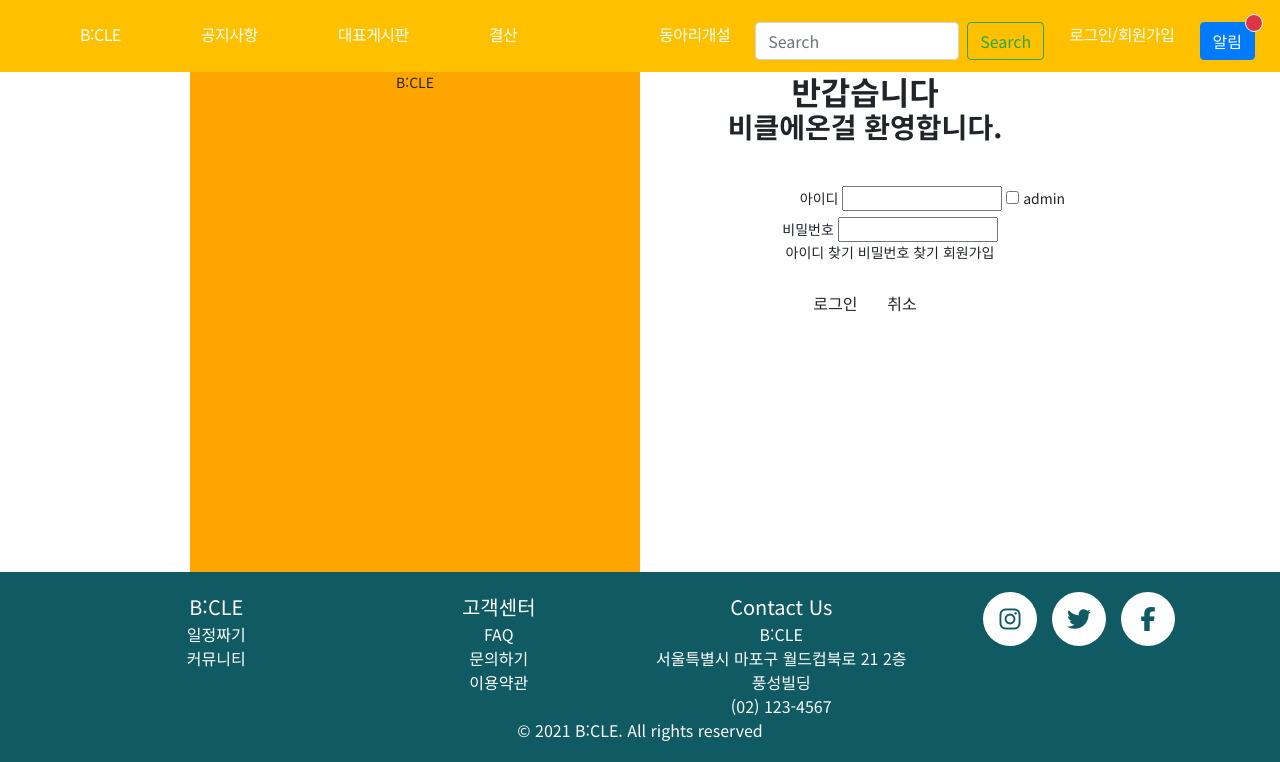
Repository: hyodii/SpringProject_Bcle
Page: http://localhost/Bcle/WEB-INF/view/LoginPage.jsp
These files come from the project's save history. The page is drawn as it stood at one moment and after the next save; the edit follows.
The browser window is 1280 px wide. The pictures show the whole page.
Some web fonts or font styles are not loaded; a fallback is used. Some web libraries are served in a nearby version. The page is served by Tomcat 9. Nobody is signed in. The template is opened directly, without the code that normally fills it, so the values that code supplies are empty.

Above is the page before, as saved 2021-12-17 07:39:49.

After the next save:
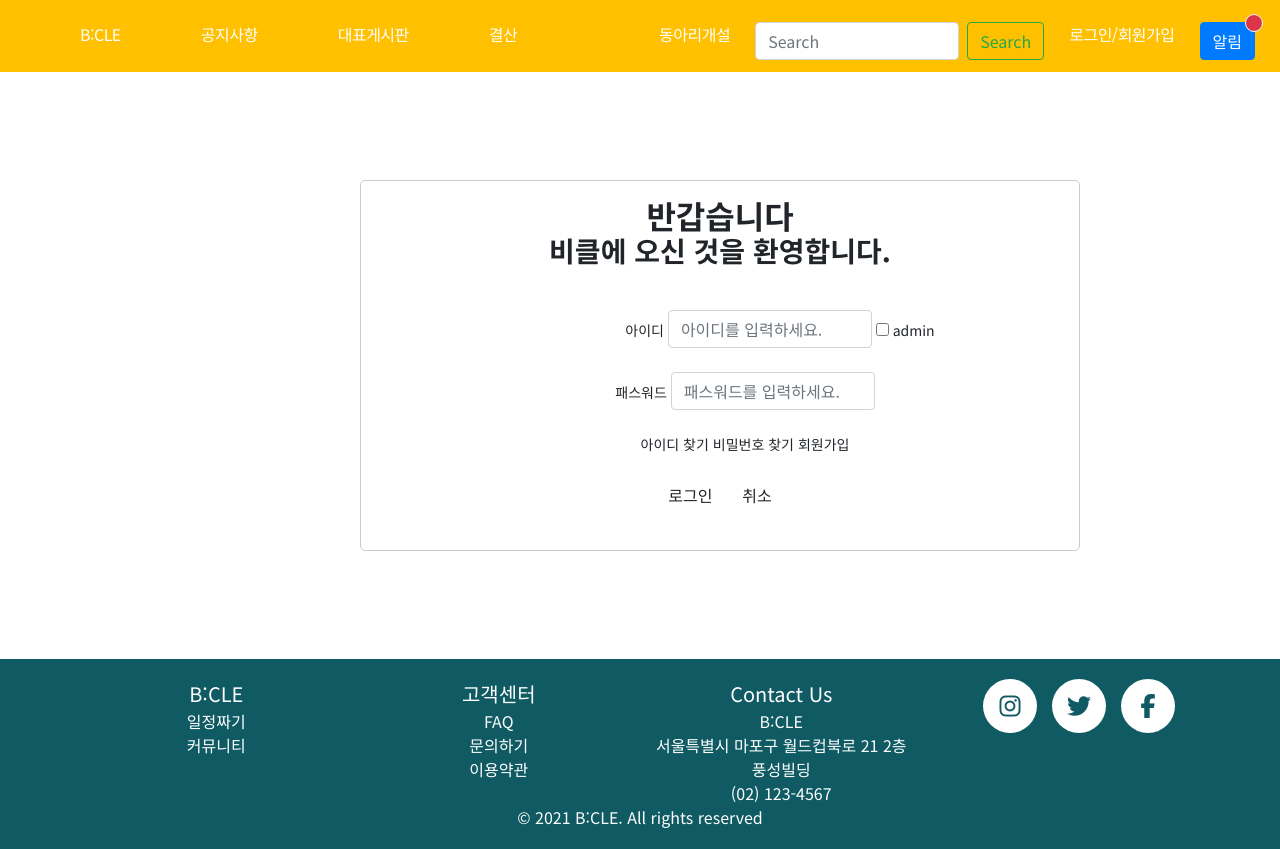
Not found: Bcle/Bcle/WEB-INF/view/css/bootstrap.css
Not found: Bcle/Bcle/WEB-INF/view/js/bootstrap.min.js
Saved 3 h 24 min later.
--- a/Bcle/WebContent/WEB-INF/view/LoginPage.jsp
+++ b/Bcle/WebContent/WEB-INF/view/LoginPage.jsp
@@ -9,6 +9,11 @@
 <head>
 <meta charset="UTF-8">
 <title>LoginPage.jsp</title>
+
+<link rel="stylesheet" href="css/bootstrap.css" />
+<script type="text/javascript" src="http://code.jquery.com/jquery.min.js"></script>
+<script type="text/javascript" src="js/bootstrap.min.js"></script>
+
 <style type="text/css">
 
 .bg
@@ -52,6 +57,21 @@
 	text-align: center;
 }
 
+
+#login
+{
+	border: 1px solid #ccc;
+	border-radius: 5px;
+	width: 100vh;
+	padding: 15px;
+	margin: 15vh 50vh;
+}
+
+
+
+
+
+
 </style>
 <script type="text/javascript" src="http://code.jquery.com/jquery.min.js"></script>
 <script type="text/javascript">
@@ -84,30 +104,37 @@
 		<c:import url="nav.jsp"></c:import>
 	</div>
 
-	<div class="t-box">
-		<div class="right">
-			B:CLE
-		</div>
-
+	<div class="t-box" id="login">
 		<div class="left">
 			<div>
 				<div><h2>반갑습니다</h2></div>
-				<div><h3>비클에온걸 환영합니다.</h3></div>
+				<div><h3>비클에 오신 것을  환영합니다.</h3></div>
 				<br><br>
 			</div>
 
 			<div class="rightform">
 				<form action="login.action" method="post" id="loginForm">
-					<div style="margin-left: 135px;">
-					아이디 <input type="text" id="userId" name="userId"/>
-					<input type="checkbox" id="admin" name="admin" value="0" />
-					<label for="admin">admin</label><br>
-					</div>
-					<div style="margin-left: 50px;">
-					비밀번호 <input type="password" id="pwd" name="pwd"/><br>
+					<div class="form-group" style="margin-left: 120px;">
+						아이디
+						<label for="txtId">
+							<input type="text" id="txtId" placeholder="아이디를 입력하세요."
+							required="required" class="form-control"/>
+						</label>
+
+						<input type="checkbox" id="admin" name="admin" value="0" />
+						<label for="admin">admin</label><br>
 					</div>
 
-					<div style="margin-left: 50px;">
+					<div class="form-group" style="margin-left: 50px;">
+						패스워드
+						<label for="txtPw">
+							<input type="password" id="txtPw" placeholder="패스워드를 입력하세요."
+							required="required" class="form-control"/>
+						</label>
+
+					</div>
+
+					<div style="margin-left: 50px;" >
 					<a href="">아이디 찾기</a>
 					<a href="">비밀번호 찾기</a>
 					<a href="">회원가입</a>
@@ -115,8 +142,8 @@
 					<br>
 
 					<div>
-						<input type="button" value="로그인" id="submitBtn" class="btn"/>
-						<input type="reset" value="취소" id="resetBtn" class="btn"/>
+						<input type="button" value="로그인" class="btn btn-default" id="submitBtn" />
+						<input type="reset" value="취소" id="resetBtn" class="btn btn-default"/>
 						<br><br>
 						<span id="err" style="color: red;display: none;"></span>
 					</div>
@@ -126,6 +153,9 @@
 		</div>
 	</div>
 
+
+
+
 	<div>
 		<c:import url="footer.jsp"></c:import>
 	</div>

After the save that followed:
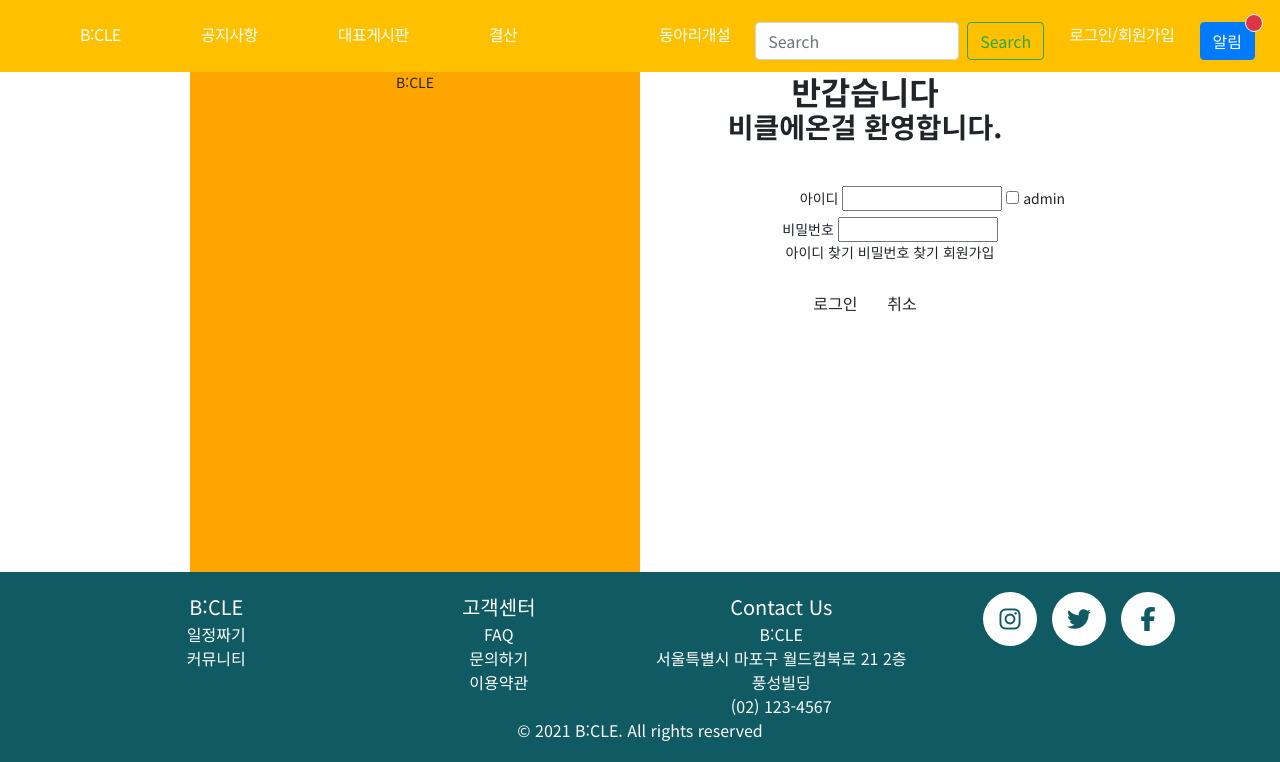
Saved 11 min 25 s later.
--- a/Bcle/WebContent/WEB-INF/view/LoginPage.jsp
+++ b/Bcle/WebContent/WEB-INF/view/LoginPage.jsp
@@ -9,11 +9,6 @@
 <head>
 <meta charset="UTF-8">
 <title>LoginPage.jsp</title>
-
-<link rel="stylesheet" href="css/bootstrap.css" />
-<script type="text/javascript" src="http://code.jquery.com/jquery.min.js"></script>
-<script type="text/javascript" src="js/bootstrap.min.js"></script>
-
 <style type="text/css">
 
 .bg
@@ -57,21 +52,6 @@
 	text-align: center;
 }
 
-
-#login
-{
-	border: 1px solid #ccc;
-	border-radius: 5px;
-	width: 100vh;
-	padding: 15px;
-	margin: 15vh 50vh;
-}
-
-
-
-
-
-
 </style>
 <script type="text/javascript" src="http://code.jquery.com/jquery.min.js"></script>
 <script type="text/javascript">
@@ -104,37 +84,30 @@
 		<c:import url="nav.jsp"></c:import>
 	</div>
 
-	<div class="t-box" id="login">
+	<div class="t-box">
+		<div class="right">
+			B:CLE
+		</div>
+
 		<div class="left">
 			<div>
 				<div><h2>반갑습니다</h2></div>
-				<div><h3>비클에 오신 것을  환영합니다.</h3></div>
+				<div><h3>비클에온걸 환영합니다.</h3></div>
 				<br><br>
 			</div>
 
 			<div class="rightform">
 				<form action="login.action" method="post" id="loginForm">
-					<div class="form-group" style="margin-left: 120px;">
-						아이디
-						<label for="txtId">
-							<input type="text" id="txtId" placeholder="아이디를 입력하세요."
-							required="required" class="form-control"/>
-						</label>
-
-						<input type="checkbox" id="admin" name="admin" value="0" />
-						<label for="admin">admin</label><br>
+					<div style="margin-left: 135px;">
+					아이디 <input type="text" id="userId" name="userId"/>
+					<input type="checkbox" id="admin" name="admin" value="0" />
+					<label for="admin">admin</label><br>
+					</div>
+					<div style="margin-left: 50px;">
+					비밀번호 <input type="password" id="pwd" name="pwd"/><br>
 					</div>
 
-					<div class="form-group" style="margin-left: 50px;">
-						패스워드
-						<label for="txtPw">
-							<input type="password" id="txtPw" placeholder="패스워드를 입력하세요."
-							required="required" class="form-control"/>
-						</label>
-
-					</div>
-
-					<div style="margin-left: 50px;" >
+					<div style="margin-left: 50px;">
 					<a href="">아이디 찾기</a>
 					<a href="">비밀번호 찾기</a>
 					<a href="">회원가입</a>
@@ -142,8 +115,8 @@
 					<br>
 
 					<div>
-						<input type="button" value="로그인" class="btn btn-default" id="submitBtn" />
-						<input type="reset" value="취소" id="resetBtn" class="btn btn-default"/>
+						<input type="button" value="로그인" id="submitBtn" class="btn"/>
+						<input type="reset" value="취소" id="resetBtn" class="btn"/>
 						<br><br>
 						<span id="err" style="color: red;display: none;"></span>
 					</div>
@@ -153,9 +126,6 @@
 		</div>
 	</div>
 
-
-
-
 	<div>
 		<c:import url="footer.jsp"></c:import>
 	</div>
